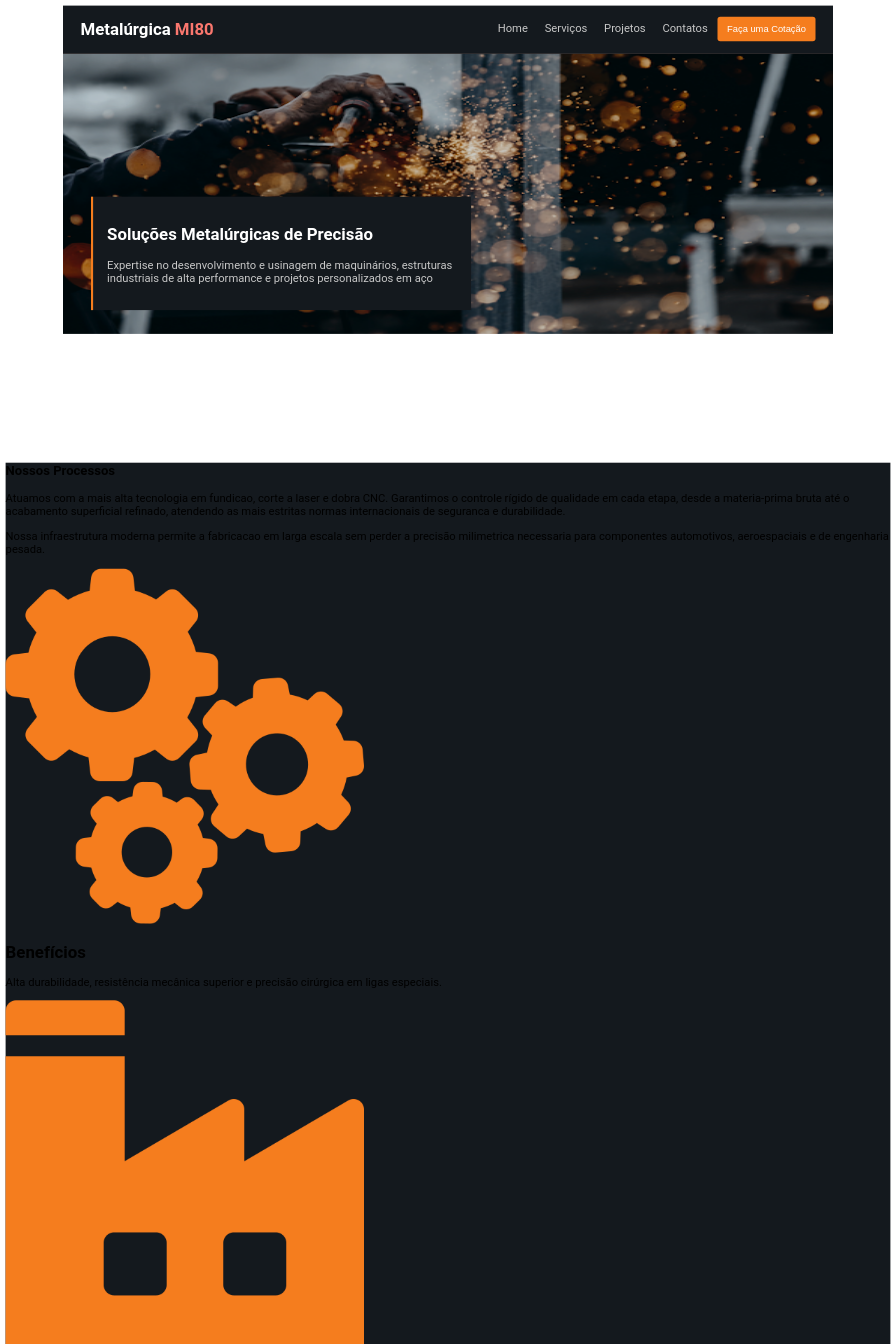
Repository: guiCherpinski/landing-page-metalurgica
Page: index.html
The author's editor kept a copy of each file at every save. The page is drawn from the files as they stood at one save, then again after the next save.
The browser window is 1280 px wide. The pictures show the part of the page from y = 0 to 1920 px (the page is 6017 px tall), at 70% of full size.

Above is the page before, as saved 2026-06-03 20:09:05.

### index.html
<!DOCTYPE html>
<html lang="pt-br">
<head>
    <meta charset="UTF-8">
    <meta name="viewport" content="width=device-width, initial-scale=1.0">
    <title>Metalúrgica</title>
    <link rel="stylesheet" href="style.css">
</head>
<body>
    <header>
        <nav>
            <h1>Metalúrgica <span>MI80</span></h1>

            <div class = "buttons">
                <a href="/">Home</a>
                <a href="/">Serviços</a>
                <a href="/">Projetos</a>
                <a href="/">Contatos</a>
                <button>Faça uma Cotação</button>
            </div>
        </nav>
    </header>

    <main>
        <section class = "hero-section">
            <img src="./img/homem-serrando.png" alt="Foto de um Soldador">
            <div class = "text-hero">
                <h2>Soluções Metalúrgicas de Precisão</h2>
                <p>Expertise no desenvolvimento e usinagem de maquinários, estruturas industriais de alta performance e projetos personalizados em aço</p>
            </div>
        </section>
    </main>

    <section class = "our-process">

        <h3>Nossos Processos</h3>

        <p>Atuamos com a mais alta tecnologia em fundicao, corte a laser e dobra CNC. Garantimos o
            controle rígido de qualidade em cada etapa, desde a materia-prima bruta até o acabamento
            superficial refinado, atendendo as mais estritas normas internacionais de seguranca e
            durabilidade.
        </p>

        <p>Nossa infraestrutura moderna permite a fabricacao em larga escala sem perder a precisão
            milimetrica necessaria para componentes automotivos, aeroespaciais e de engenharia
            pesada.
        </p>


        <article class = "article-benefits">
            <img src="./img/settings-gears.png" alt="Icone de engrenagens">
            <h2>Benefícios</h2>
            <p>Alta durabilidade, resistência mecânica superior e precisão cirúrgica em ligas especiais.</p>
        </article>

        <article class = "article-process">
            <img src="./img/industry.png" alt="Icone de industria">
            <h2>Processos</h2>
            <p>Usinagem CNC, caldeiraria leve e pesada, corte automatizado de chapas.</p>
        </article>

        <article class = "article-certificates">
            <img src="./img/medal.png" alt="Icone de medalha">
            <h2>Certificações</h2>
            <p>Processos totalmente homologados e auditados sob os padrões da ISO 9001.</p>
        </article>
    </section>

    <section class = "last-projects">
        <h2>Ultimos Projetos</h2>
        <p>✔ Estruturas para Linhas de Montagem </p>
        <p>✔ Peças Sob Medida para Hidrelétricas</p>
        <p>✔ Tubulações de Alta Pressão em Inox</p>
    </section>

    <section class = "certificates">
        <h2>Certificações</h2>
        <p>ISO 9001</p>
        <p>ISO 14001</p>
        <p>OHSAS</p>
        <p>CQI-9</p>
    </section>


    <footer class = "rodape">
        <section>
            <h2>Contact Info</h2>

            <article>
                <img src="./img/placeholder.png" alt="Icone pin">
                <p>Setor Industrial, Galpão 04</p>
            </article>

            <article>
                <img src="./img/phone-call.png" alt="Icone de telefone">
                <p>(31) 6553-3352</p>
            </article>

            <article>
                <img src="./img/email.png" alt="Icone email">
                <p>contato@metalurgica-exemplo.com</p>
            </article>
        </section>

        <section>
            <h2>Quick Links</h2>
            <p>Política de Privacidade</p>
            <p>Trabalhe Conosco</p>
            <p>Portal do Cliente</p>
        </section>

        <section>
            <h2>Social Media</h2>
            <img src="./img/linkedin.png" alt="Icone linkedin">
            <img src="./img/instagram.png" alt="Icone instagram">
            <img src="./img/facebook.png" alt="Icone facebook">
            <img src="./img/youtube.png" alt="Icone youtube">
        </section>
    </footer>


</body>
</html>

### style.css
body{
    font-family: 'Roboto' , sans-serif;
    justify-items: center;
    /*background: #0A0A14;*/
}

header{
    background: #14191E;
    width: 1100px;
    border-bottom: 1px solid #2D2929;
}

header h1{
    color: white;
}

header h1 span {
    color: #FA776E;
}

header nav {
    display: flex;
    align-items: center;
    justify-content: space-between;
    margin-left: 25px;
    margin-right: 25px;
}

header nav a {
    margin-left: 10px;
    margin-right: 10px;
    text-decoration: none;
    color: #C8C8C8;
}


header button {
    width:140px;
    height: 35px;
    background: #F57D1E;
    border: none;
    border-radius: 4px;
    color: white;
}

header button:hover{
    cursor: pointer;
    background:#CC5500;
}

.hero-section img{
    width: 1100px;
    height: 400px;
}

.text-hero{
    background: #14191E;
    border-left: 3px solid #F57D1E;
    width: 500px;
    padding: 20px;
    position: relative;
    bottom: 200px;
    left: 40px;
}

.text-hero h2{
    color: white;
}

.text-hero p{
    color: #c8c8c8;
}

.our-process{
    background: #14191E;
}

.article-beneficts{
    background: #1E232D;
}

After the next save:
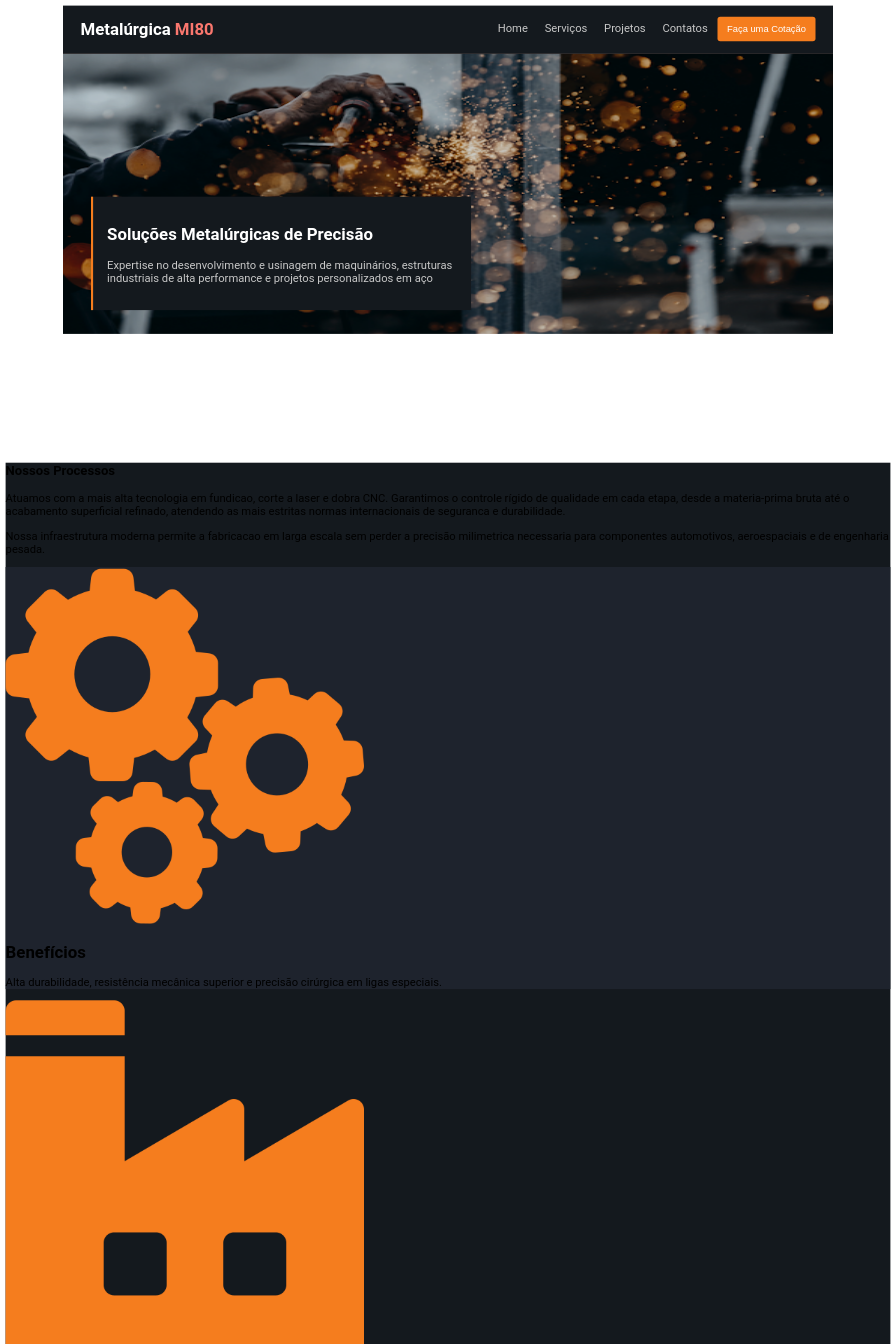
Saved 11 s later.
--- a/style.css
+++ b/style.css
@@ -75,6 +75,6 @@ header button:hover{
     background: #14191E;
 }
 
-.article-beneficts{
+.article-benefits{
     background: #1E232D;
 }
